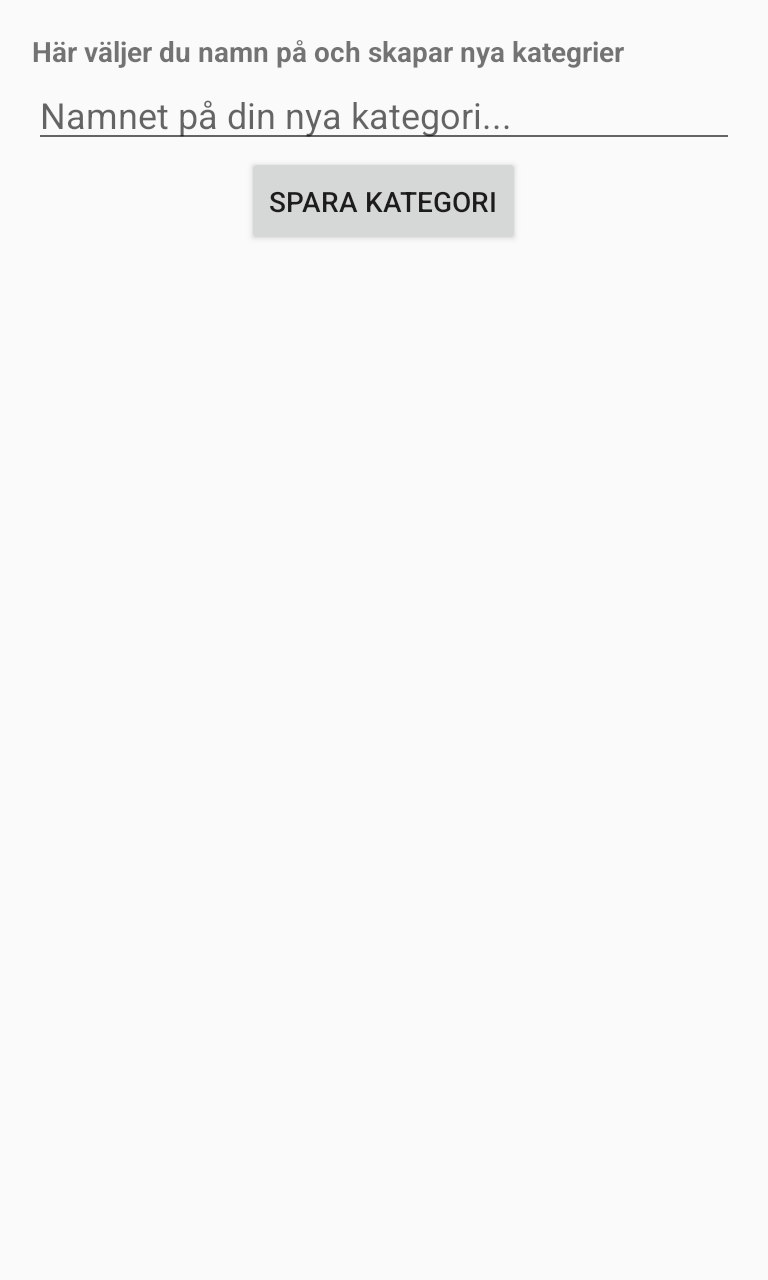
Repository: Dinova/Studiekoll
Layout: Studiekoll/Studiekoll/res/layout/fragment_category.xml
The author's editor kept a copy of each file at every save. The layout is drawn from the files as they stood at one save, then again after the next save.
It is drawn on a 768 x 1280 px phone screen (xhdpi) without system bars, with theme AppTheme; the app's code is not run.

Above is the layout before, as saved 2014-05-19 10:49:54.

### Studiekoll/Studiekoll/res/layout/fragment_category.xml
<LinearLayout xmlns:android="http://schemas.android.com/apk/res/android"
    xmlns:tools="http://schemas.android.com/tools"
    android:layout_width="match_parent"
    android:layout_height="match_parent"
    android:orientation="vertical"
    android:paddingBottom="@dimen/activity_vertical_margin"
    android:paddingLeft="@dimen/activity_horizontal_margin"
    android:paddingRight="@dimen/activity_horizontal_margin"
    android:paddingTop="@dimen/activity_vertical_margin"
    tools:context="com.grupp8DAT255.studiekoll.CategoryActivity$PlaceholderFragment" >

    <TextView
        android:layout_width="wrap_content"
        android:layout_height="wrap_content"
        android:text="@string/category_help_message"
        android:textStyle="bold" />

    <EditText
        android:id="@+id/category_edit_text"
        android:layout_width="fill_parent"
        android:layout_height="wrap_content"
        android:hint="@string/category_hint" />

    <Button
        android:layout_width="wrap_content"
        android:layout_height="wrap_content"
        android:layout_gravity="center_horizontal"
        android:text="@string/category_save_text"
        android:onClick="saveCategory" />"

</LinearLayout>

### Studiekoll/Studiekoll/res/values/strings.xml
<?xml version="1.0" encoding="utf-8"?>
<resources>

    <string name="app_name">Studiekoll</string>
    <string name="action_settings">Settings</string>
    <string name="edit_message">Insert number of hours</string>
    <string name="button_graphics">Graf</string>
    <string name="button_input">Inmatning</string>
    <string name="button_help">Hjälp</string>
    <string name="title_activity_help">Hjälp</string>
    <string name="help_text">        "Meny\n"
        "Här väljer du mellan tre funktioner enligt nedan\n\n"

        "Graf\n"
        "I denna vy kan du se dina studietimmar för vald period."
        "Använd dig av drop-down menyerna för att ställa in under"
        "vilken period du vill se studietimmarna redovisas."
        "Tryck sedan på "visa"-knappen för att visa antalet studietimmar.\n\n"

        "Inmatning\n"
        "Här matar du in den tid du lagt ned på dina studier. Du väljer"
        "timmar och minuter i snurran och datum med hjälp av drop-down"
        "menyerna. Tryck sedan på "lagra"-knappen för att spara inmatningen."
        "Det är möjligt att föra in tid flera gånger för samma datum.\n\n"

        "Hjälp\n"
        "Här får du som du ser hjälp att hantera appen."</string>
    <string name="title_activity_graph">Loggade timmar</string>
    <string name="message">Här ser du dina studietimmar för vald period</string>
    <string name="from_prompt">Från</string>
    <string name="to_prompt">Till</string>
    <string name="show_button_text">Visa</string>
    <string name="year_prompt">Välj år</string>
    <string name="month_prompt">Välj månad</string>
    <string name="day_prompt">Välj dag</string>
    <string name="title_activity_input">Inmatning</string>
    <string name="input_message">Här för du in studietid och datum</string>
    <string name="send_input_button">Lagra inmatad data</string>
    <string name="help_prompt">Behöver du hjälp?</string>
    <string name="ok_button_text">OK!</string>
    <string name="button_category">Kategorihantering</string>
    <string name="title_activity_category">Kategorihantering</string>
    <string name="category_help_message">Här väljer du namn på och skapar nya kategrier</string>
    <string name="category_hint">Namnet på din nya kategori...</string>
    <string name="category_save_text">Spara kategori</string>
    <string name="category_prompt">Välj kategori</string>

</resources>

Loaded but not shown: Studiekoll/Studiekoll/res/values/styles.xml (common file); Studiekoll/Studiekoll/res/values-v11/styles.xml (common file); Studiekoll/Studiekoll/res/values-v14/styles.xml (common file); Studiekoll/Studiekoll/res/values/dimens.xml (common file); Studiekoll/Studiekoll/res/values-w820dp/dimens.xml (common file)

After the next save:
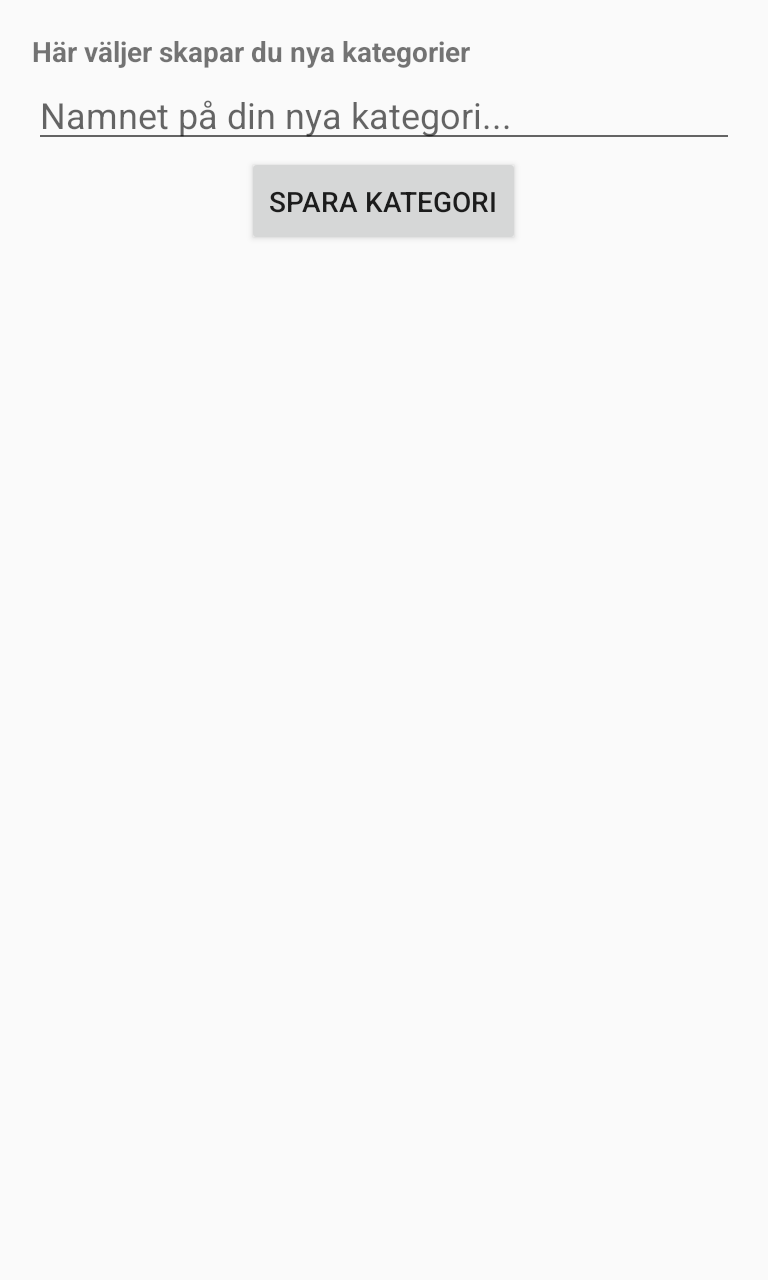
Saved 72 s later.
--- a/Studiekoll/Studiekoll/res/values/strings.xml
+++ b/Studiekoll/Studiekoll/res/values/strings.xml
@@ -40,7 +40,7 @@
     <string name="ok_button_text">OK!</string>
     <string name="button_category">Kategorihantering</string>
     <string name="title_activity_category">Kategorihantering</string>
-    <string name="category_help_message">Här väljer du namn på och skapar nya kategrier</string>
+    <string name="category_help_message">Här väljer skapar du nya kategorier</string>
     <string name="category_hint">Namnet på din nya kategori...</string>
     <string name="category_save_text">Spara kategori</string>
     <string name="category_prompt">Välj kategori</string>
